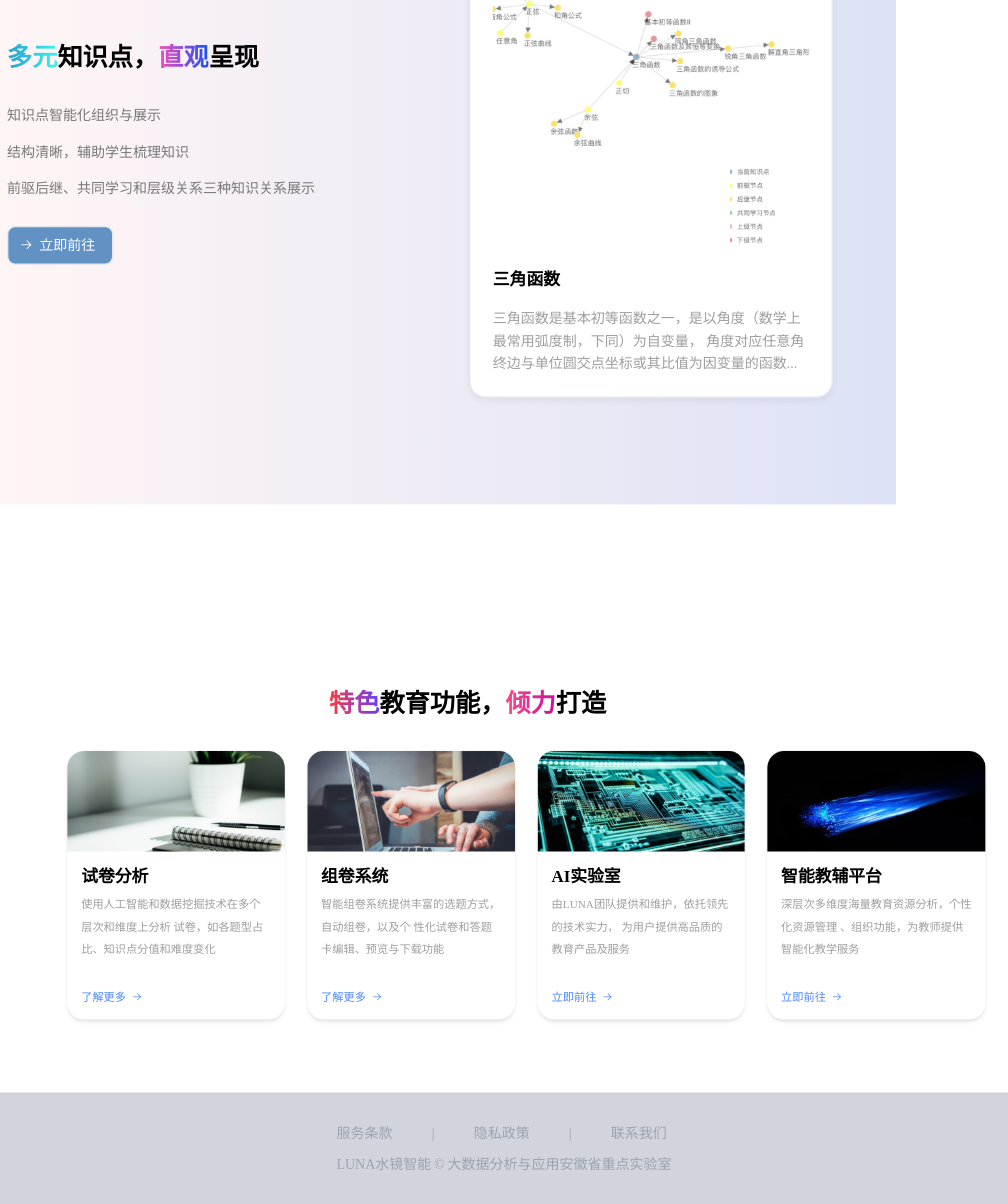
Repository: xydzy1/vue-start
Page: /
The author's editor kept a copy of each file at every save. The page is drawn from the files as they stood at one save, then again after the next save.
The browser window is 1280 px wide. The page is 1440 px wide, so the pictures cover 1440 px, including what lies to the right of the window. The pictures show the part of the page from y = 2632 to 4352 px (the page is 4352 px tall), at 70% of full size.
The project was rebuilt for these pictures with package versions that can differ from the ones it lists, and the page was loaded fresh each time. Also part of the build but not shown: vite.config.js, vue.config.cjs, src/assets/part1.css.

Above is the page before, as saved 2023-08-13 12:43:22.

### index.html
<!doctype html>
<html lang="en">
  <head>
    <meta charset="UTF-8" />
    <link rel="icon" type="image/svg+xml" href="/vite.svg" />
    <meta name="viewport" content="width=device-width, initial-scale=1.0" />
    <title>Vite App</title>
  </head>
  <body>
    <div id="app"></div>
    <script type="module" src="./src/main.js"></script>
  </body>
</html>

### src/main.js
// main.js
import Vue from "vue";
import VueRouter from 'vue-router'
import router from './router'
import App from "./App.vue"
import axios from 'axios'
import './style/tailwind.css'
import ElementUI from "element-ui"
import 'element-ui/lib/theme-chalk/index.css'
import './assets/part1.css'



Vue.use(ElementUI)
Vue.use(VueRouter);

new Vue({
   router,
   el: "#app",
   render: (h) => h(App)
}).$mount();

### src/router/index.js
import Vue from 'vue'
import VueRouter from 'vue-router'

Vue.use(VueRouter)

const routes=[
    {
        path: '/',
        redirect: 'new_homepage',
    },
    {
        path: '/new_homepage',
        name: 'new_homepage',
        component: () => import('../components/main.vue'),
    },
    {
        path: '/hello',
        name: 'hello',
        component: () => import('../components/hello.vue'),
    }
]

const router = new VueRouter({
    mode: 'history',
    routes
  })

export default router

### src/App.vue
<template>
	<div>
		<router-view/>
	</div>
</template>

<script>

</script>

### src/components/main.vue
<template>
	<body class="font-Sara items-center overflow-x-hidden">
		<part1/>
		<part2/>
		<part3/>
		<part4/>
	</body>
</template>

<style scoped>

</style>

<script>
	import part1 from './all_part/part1.vue'
	import part2 from './all_part/part2.vue'
	import part3 from './all_part/part3.vue'
	import part4 from './all_part/part4.vue'
	export default{
		data() {
			return {}
		},
		methods:{},
		created(){
		},
		components:{part1,part2,part3,part4},
	}
	//导航栏响应滚动变色
	window.onscroll=function(){
		var topScroll =window.pageYOffset;
		console.log(topScroll)
		var nav=document.getElementById("nav");
		if(topScroll>120){
			nav.style.backgroundColor = 'rgba(255,255,255,0.75)';
			nav.style.backdropFilter = 'blur(24px)';
		}
		else{
			nav.style.backgroundColor = '';
			nav.style.backdropFilter = '';
		}
	}

</script>

### src/components/all_part/part1.vue
<template>
    <div>
        <div class="w-full max-w-1280 p-10 md:p-5 absolute flex items-center justify-center h-p1_1_nh md:h-p1_1_wh bg-gradient-to-r from-p1_c3 from-0% via-p1_c2 via-45% to-p1_c1 to-100% bg-opacity-100">
			<div class="fixed flex flex-row top-0 w-full z-50 py-nav_py" id="nav">
				<span class="flex-none pl-14">
					<img src="../../image/logo.png" class="w-36 h-11" >
				</span>
				<span class="flex-1"></span>
				<span class="hidden flex-none md:flex flex-row flex-nowrap max-w-1280 mx-14 text-xl font-medium">
					<button class="pr-3 hover:text-blue-400">首页</button>
					<button class="pr-3 ml-6 hover:text-blue-400">功能</button>
					<button v-for="item in ['AI实验室','成员']" class="ml-6 pr-3 hover:text-blue-400">{{ item }}</button>
					<span class="ml-6 mt-2">|</span>
					<button class="ml-6 hover:text-blue-400 ">登录</button>
					<button class="border-login_cborder border-2 rounded-full pl-4 pr-4 ml-6 py-2 hover:text-blue-400 ">注册</button>
				</span>
				<span class="flex-1 md:hidden">
					<button class="hover:text-blue-400 text-4xl absolute right-4"><i class="el-icon-menu"></i></button>
				</span>
			</div>
			<div class="absolute flex flex-row max-w-1280 bottom-logo_bottom">
				<span class="flex-none">
					<img src="../../image/logo2.png" class="w-32 h-32">
				</span>
				<span class="mx-3 pt-5">
					<h1 class="text-5xl font-medium px-5 tracking-widest">LUNA</h1>
					<h2 class="text-2xl font-normal text-center max-w-760 mt-2 tracking-wider">智慧教育知识图谱</h2>
				</span>
			</div>
			<div class="absolute flex flex-row shadow-p1_shadow max-w-1280 border-2 rounded-full w-auto md:w-160 h-16 mx-15 md:mx-0 bg-white items-center bottom-0 -bottom-8 z-40">
				<i class="el-icon-search text-2xl ml-5 mr-3"></i>
				<div class="w-search_frame_narrow md:w-search_frame_wide">
					<input type="text" class="my-search_frame_my flex-none text-left text-4.5 font-medium w-search_frame_narrow md:w-search_frame_wide flex-none outline-none z-1" placeholder="在此输入知识点名称" v-model="serchinfo">
				</div>
				<button @click='hello' class="ml-4 shadow-p1_shadow2 transition duration-300 text-center rounded-full px-10 py-3 z-2 text-white text-xl font-normal bg-gradient-to-r from-p1_cbutton1 to-p1_cbutton2">
					搜索
				</button>
			</div>
		</div>
        <div class="w-full max-w-1280 absolute flex items-center justify-center h-p1_2_nh md:h-p1_2_wh mt-p1_1_nh md:mt-p1_1_wh">
			    <div class="absolute top-10">
				    <button @click="hello" class="transition duration-300 rounded-full pl-10 pr-10 pt-3 pb-3 bg-gradient-to-t from-p1_cbutton1 to-p1_cbutton2 text-white text-xl font-normal">
					    vue-router-api
				    </button>
			    </div>
			    <div class="flex-none absolute top-1/3 w-760 text-center text-5xl font-medium">
				    寓智于教，致知未来
			    </div>
			    <div class="flex-none absolute flex top-1/2 w-760 text-center text-xl font-normal">
					智慧教育知识图谱（LUNA）致力于为广大师生提供深层次、多维度的海量教育资源处理分析工具，与智能、个性化的教育资源组织、分析与评估服务
			    </div>
		</div>
    </div>
</template>


<style scoped>
	button{
		transition-duration: 300ms;
	}
	button:active{
		transform: scale(.95);
	}
	button:hover{
		filter: brightness(.9);
	}
</style>

<script>
    export default{
        name: 'part1',
        data() {
			return {
				serchinfo: '三角函数',
			}
		},
		methods:{
			hello() {
				this.$router.replace('/hello');
			},
		},
    }
</script>

### src/components/all_part/part2.vue
<template>
    <div class="absolute w-full max-w-1280 flex items-center justify-center h-1500 minw:h-1000 mt-p2_mt px-10 minw:px-20 py-50">
			<div class="flex flex-col-reverse minw:flex-row flex-none items-center justify-center">
				<div class="flex flex-col items-center justify-center minw:items-stretch mt-20 minw:mt-0">
					<div class="flex flex-row text-xl font-semibold ml-6">
						<div class="flex flex-col" id="b1">
							<button class="flex-none" @click="c1">试题资源</button>
							<p class="w-auto h-0.5 bg-black" id="l1"></p>
						</div>
						<p class="w-10"></p>
						<div class="flex flex-col" id="b2">
							<button class="flex-none" @click="c2">试卷资源</button>
							<p class="w-auto h-0.5 bg-black" id="l2"></p>
						</div>
						<p class="w-10"></p>
						<div class="flex flex-col" id="b3">
							<button class="flex-none" @click="c3">教材教辅</button>
							<p class="w-auto h-0.5 bg-black" id="l3"></p>
						</div>
					</div>
					<div class="flex items-center justify-center mt-8">
						<div class="flex-none">
							<img src="../../image/data.png" class="w-152.5 h-130">
						</div>
					</div>
				</div>
				<div class="flex flex-col mt-36 ml-15">
					<span class="w-125 text-4xl font-bold text-center minw:text-left">
						<span class="bg-gradient-to-r from-p2_cword1_1 to-p2_cword1_2 inline-block bg-clip-text text-transparent">海量</span>
						<span >教学资源，</span>
						<span class="bg-gradient-to-r from-p2_cword2_1 to-p2_cword2_2 inline-block bg-clip-text text-transparent">智能</span>
						<span>处理</span>
					</span>
					<ul class="w-125 text-xl font-normal text-p3_cword4 mt-10 text-center minw:text-left">
						<li>海量标准化、体系化的教学资源</li>
						<li class="pt-6">基于高效准确的试题相似度评估算法的高质量资源库</li>
						<li class="pt-6">智能与个性化的资源录入、查询和管理服务</li>
					</ul>
					<span class="flex flex-row w-125 text-xl text-white font-normal mt-10">
						<button class="bg-p2_cbutton2 pt-3 pb-3 pl-5 pr-5 mr-4  rounded-xl"><i class="el-icon-edit"></i> 试题录入</button>
						<button class="bg-p2_cbutton3 pt-3 pb-3 pl-5 pr-5 mr-4  rounded-xl"><i class="el-icon-search"></i> 试题检索</button>
						<button class="bg-p2_cbutton1 pt-3 pb-3 pl-5 pr-5  rounded-xl"><i class="el-icon-reading"></i> 智能分析</button>
					</span>
				</div>
			</div>
	</div>
</template>

<style>
	button{
		transition-duration: 300ms;
	}
	button:active{
		transform: scale(.95);
	}
	button:hover{
		filter: brightness(.9);
	}
</style>

<script>
    export default{
        name: 'part2',
		data(){
			return{

			}
		},
		methods:{
			c1(){
				var b1=document.getElementById('b1');
				var b2=document.getElementById('b2');
				var b3=document.getElementById('b3');
				var l1=document.getElementById('l1');
				var l2=document.getElementById('l2');
				var l3=document.getElementById('l3');
				b1.style.color='#000000';
				b2.style.color='#707070';
				b3.style.color='#707070';
				l1.style.display='';
				l2.style.display='none';
				l3.style.display='none';
			},
			c2(){
				var b1=document.getElementById('b1');
				var b2=document.getElementById('b2');
				var b3=document.getElementById('b3');
				var l1=document.getElementById('l1');
				var l2=document.getElementById('l2');
				var l3=document.getElementById('l3');
				b1.style.color='#707070';
				b2.style.color='#000000';
				b3.style.color='#707070';
				l1.style.display='none';
				l2.style.display='';
				l3.style.display='none';
			},
			c3(){
				var b1=document.getElementById('b1');
				var b2=document.getElementById('b2');
				var b3=document.getElementById('b3');
				var l1=document.getElementById('l1');
				var l2=document.getElementById('l2');
				var l3=document.getElementById('l3');
				b1.style.color='#707070';
				b2.style.color='#707070';
				b3.style.color='#000000';
				l1.style.display='none';
				l2.style.display='none';
				l3.style.display='';
			}
		},
		mounted(){
			this.c1();
		}
	}
</script>

### src/components/all_part/part3.vue
<template>
    <div class="items-center justify-center py-45 px-10 minw:px-20 absolute w-full max-w-1280 flex flex-col minw:flex-row h-1500 minw:h-1000 mt-p3_mt2 minw:mt-p3_mt1 bg-gradient-to-r from-p3_c1 to-p3_c2">
			<div class="flex-none">
				<div class="flex flex-col items-center minw:items-stretch">
					<span class="flex-none w-125 h-8 text-4xl font-bold text-center minw:text-left">
						<span class="bg-gradient-to-r from-p3_cword1_1 to-p3_cword1_2 inline-block bg-clip-text text-transparent">
							多元
						</span>
						<span>知识点，</span>
						<span class="bg-gradient-to-r from-p3_cword2_1 to-p3_cword2_2 inline-block bg-clip-text text-transparent">
							直观
						</span>
						<span>呈现</span>
					</span>
					<ul class="flex-none text-xl font-normal mt-14 text-p3_cword4 text-center minw:text-left">
						<li>知识点智能化组织与展示</li>
						<li class="pt-6">结构清晰，辅助学生梳理知识</li>
						<li class="pt-6">前驱后继、共同学习和层级关系三种知识关系展示</li>
					</ul>
					<span class="flex-none mt-10 text-white text-xl font-normal">
						<button class="bg-p3_cbutton pl-4 pr-6 pt-3 pb-3 border-2 rounded-xl"><i class="el-icon-right pr-2"></i>立即前往</button>
					</span>
				</div>
			</div>
			<div class="flex-none flex flex-col items-center justify-center px-0 minw:px-20 mt-20 minw:mt-11">
					<div class="w-130 minw:ml-20 h-auto px-8 flex flex-col flex-none border-2 rounded-3xl shadow-p3_shadow bg-white z-0">
						<span class="flex-none">
							<img src="../../image/triangle.png" class="w-114 h-80">
							<img src="../../image/triangle2.png" class="relative left-3/4 w-16 h-28">
						</span>
						<span class="pb-8 mt-8 flex flex-col flex-none">
							<span class="text-2xl font-bold">三角函数</span>
							<span class="text-xl font-normal text-p3_cword3 mt-6 leading-8">
								<p>三角函数是基本初等函数之一，是以角度（数学上最常用弧度制，下同）为自变量，
									角度对应任意角终边与单位圆交点坐标或其比值为因变量的函数...</p>
							</span>
						</span>
					</div>
			</div>
	</div>
</template>

<script>
    export default{
        name: 'part2'
    }
</script>

### src/components/all_part/part4.vue
<template>
    <div class="transition duration-200 ease-in-out w-full max-w-1280">
        <div class="py-66 px-20 absolute flex flex-col h-auto md:h-1160 mt-p4_mt2 minw:mt-p4_mt1 items-center justify-center">
			<div class="flex-none flex text-4xl ml-24 minw:ml-0 font-bold w-125 ">
				<span class="bg-gradient-to-r from-p4_cword1_1 to-p4_cword1_2 inline-block bg-clip-text text-transparent">
					特色
				</span>
				<span>教育功能，</span>
				<span class="bg-gradient-to-r from-p4_cword2_1 to-p4_cword2_2 inline-block bg-clip-text text-transparent">
					倾力
				</span>
				<span>打造</span>
			</div>
			<div class="flex flex-col minw:flex-row mt-12">
				<div class="flex-none flex flex-col md:flex-row max-w-full minw:max-w-2xl">
					<div class="relative transform hover:-translate-y-4 flex flex-col w-auto min-w-72 h-96 rounded-3xl shadow-md mx-4">
						<div class="w-auto min-w-72 h-36 overflow-hidden text-center">
							<img src="../../image/p4-1.png">
						</div>
						<span class="text-2xl font-bold mt-5 mx-5">试卷分析</span>
						<span class="text-p3_cword3 leading-8 mt-2 mx-5 font-normal">
							<p>使用人工智能和数据挖掘技术在多个层次和维度上分析
							试卷，如各题型占比、知识点分值和难度变化</p>
						</span>
						<span class="absolute bottom-5">
							<button class="text-p4_cbutton pl-5 pt-2">了解更多<i class="el-icon-right pl-2"></i></button>
						</span>
					</div>
					<div class="relative transform hover:-translate-y-4 flex flex-col w-auto min-w-72 h-96 rounded-3xl shadow-md mx-4 mt-16 md:mt-0">
						<div class="w-auto min-w-72 h-36 overflow-hidden">
							<img src="../../image/p4-2.png" class="w-auto min-w-72 h-auto min-h-36">
						</div>
						<span class="text-2xl font-bold mt-5 mx-5">组卷系统</span>
						<span class="text-p3_cword3 leading-8 mt-2 mx-5 font-normal">
							<p>智能组卷系统提供丰富的选题方式，自动组卷，以及个
								性化试卷和答题卡编辑、预览与下载功能</p>
						</span>
						<span class="absolute bottom-5">
							<button class="text-p4_cbutton pl-5 pt-2">了解更多<i class="el-icon-right pl-2"></i></button>
						</span>
					</div>
				</div>
				<div class="flex flex-none flex-col md:flex-row max-w-full minw:max-w-2xl">
					<div class="relative transform hover:-translate-y-4 flex flex-col w-auto min-w-72 h-96 rounded-3xl shadow-md mx-4 mt-16 minw:mt-0">
							<div class="w-auto min-w-72 h-36 overflow-hidden">
								<img src="../../image/p4-3.png"	class="w-auto min-w-72 h-auto min-h-36">
							</div>
							<span class="text-2xl font-bold mt-5 mx-5">AI实验室</span>
							<span class="text-p3_cword3 leading-8 mt-2 mx-5 font-normal">
								<p>由LUNA团队提供和维护，依托领先的技术实力，
									为用户提供高品质的教育产品及服务</p>
							</span>
							<span class="absolute bottom-5">
								<button class="text-p4_cbutton pl-5 pt-2">立即前往<i class="el-icon-right pl-2"></i></button>
							</span>
					</div>
					<div class="relative transform hover:-translate-y-4 flex flex-col w-auto min-w-72 h-96 rounded-3xl shadow-md mx-4 mt-16 minw:mt-0">
						<div class="w-auto min-w-72 h-36 overflow-hidden">
							<img src="../../image/p4-4.png" class="w-auto min-w-72 h-auto min-h-36">
						</div>
						<span class="text-2xl font-bold mt-5 mx-5">智能教辅平台</span>
						<span class="text-p3_cword3 leading-8 mt-2 mx-5 font-normal">
							<p>深层次多维度海量教育资源分析，个性化资源管理
								、组织功能，为教师提供智能化教学服务</p>
						</span>
						<span class="absolute bottom-5">
							<button class="text-p4_cbutton pl-5 pt-2">立即前往<i class="el-icon-right pl-2"></i></button>
						</span>
					</div>
				</div>
			</div>
			<div class="w-full max-w-1280 py-8 px-72 absolute bottom-0 left-0 flex h-40 bg-gray-300 items-center justify-center">
			<div class="flex-none flex flex-col">
				<span class="flex flex-row text-gray-400 text-xl font-normal">
					<span>服务条款</span>
					<span class="ml-14">|</span>
					<span class="ml-14">隐私政策</span>
					<span class="ml-14">|</span>
					<span class="ml-14">联系我们</span>
				</span>
				<span class="flex flex-row text-gray-400 text-xl font-normal pt-4">
					<span>LUNA水镜智能</span>
					<span class="ml-1">©</span>
					<span class="ml-1">大数据分析与应用安徽省重点实验室</span>
				</span>
			</div>
			</div>
		</div>
    </div>
</template>

<style>
	img{
		object-fit: cover;
	}
</style>

<script>
    export default{
        name: 'part2'
    }
</script>

### tailwind.config.cjs
module.exports = {
  purge: ['./index.html', './src/**/*.{vue,js,ts,jsx,tsx}'],
  darkMode: false, // or 'media' or 'class'
  theme: {
    extend: {
      colors: {
        //background color
        p1_c1: '#ABC5F3',
        p1_c2: '#C2DEF4',
        p1_c3: '#D5F2F4',
        p3_c1: '#FFF5F5',
        p3_c2: '#DDE2F6',
        //button color
        login_cborder: '#313131',
        p1_cbutton1: '#7BAFEE',
        p1_cbutton2: '#7786EB',
        p2_cbutton1: '#766AD4',
        p2_cbutton2: '#D46A6A',
        p2_cbutton3: '#6A91D4',
        p3_cbutton: '#6291C4',
        p4_cbutton: '#4E89FF',
        //text color
        p2_cword1_1: '#FF4848',
        p2_cword1_2: '#F0BC2D',
        p2_cword2_1: '#4CC1F7',
        p2_cword2_2: '#1A52EE',
        p2_cword3: '#707070',
        p3_cword1_1: '#23A1CB',
        p3_cword1_2: '#3AF4EB',
        p3_cword2_1: '#F74CBE',
        p3_cword2_2: '#1A52EE',
        p3_cword3: '#9E9E9E',
        p3_cword4: '#787878',
        p4_cword1_1: '#FF3C3C',
        p4_cword1_2: '#663CFF',
        p4_cword2_1: '#F74C88',
        p4_cword2_2: '#CA0F9E',
      },
      container: {
        center: true,
        padding: '10px',
      },
      boxShadow: {
        'p1_shadow': '0px 6px 32px 0px rgba(0, 0, 0, 0.12)',
        'p1_shadow2': '1px 2px 6px 0px rgba(0, 0, 0, 0.08)',
        'p3_shadow': '0px 4px 12px 0px rgba(0, 0, 0, 0.06)',
      },
      spacing:{
        '11': '44px',
        '15': '60px',
        'nav_py': '17.5px',
        'search_frame_my': '19px',
        '4.5': '22px',
        '25': '100px',
        '41.5': '166px',
        '45': '180px',
        '50': '200px',
        'logo_bottom': '202px',
        '66': '264px',
        'search_frame_narrow' : '320px',
        'search_frame_wide': '440px',
        '114': '456px',
        '125': '500px',
        '130': '520px',
        '140': '560px',
        '152.5': '610px',
        'p1_1_wh': '620px',
        'p1_1_nh': '660px',
        'p1_2_wh' : '632px',
        'p1_2_nh' : '592px',
        '160': '640px',
        '760': '760px',
        '1000': '1000px',
        'p4_h': '1160px',
        '1280': '1280px',
        '1500': '1500px',
        'p2_mt': '1252px',
        'p3_mt1': '2352px',
        'p3_mt2': '2852px',
        'p4_mt1': '3352px',
        'p4_mt2': '4352px',
        'p4_mt3': '5352px',
        '3/5': '60%',
        '1/7': '14.2857143%',
        '1/8': '12.5%',
      },
      letterSpacing: {
        'widest': '.24em',
      },
      flexBasis: {
        '1/7': '14.2857143%',
        '2/7': '28.5714286%',
        '4/7': '57.1428571%',
      },
      fontFamily: {
        'Sara': ['Sarasa Gothic SC'],
      },
      fontSize: {
        '4.5': ['18px', '26px'],
      },
      lineHeight: {
        '12': '3rem',
      },
      screens: {
        'minw': '1200px',
      },
      minWidth:{
        '36': '144px',
        '72': '288px'
      },
      maxWidth:{
        /* 启用最大宽度1280
        '1280': '1280px'
        */
      }
    },
  },
  variants: {
    extend: {},
  },
  plugins: [],
}

Loaded but not shown: src/style/tailwind.css (common file)

After the next save:
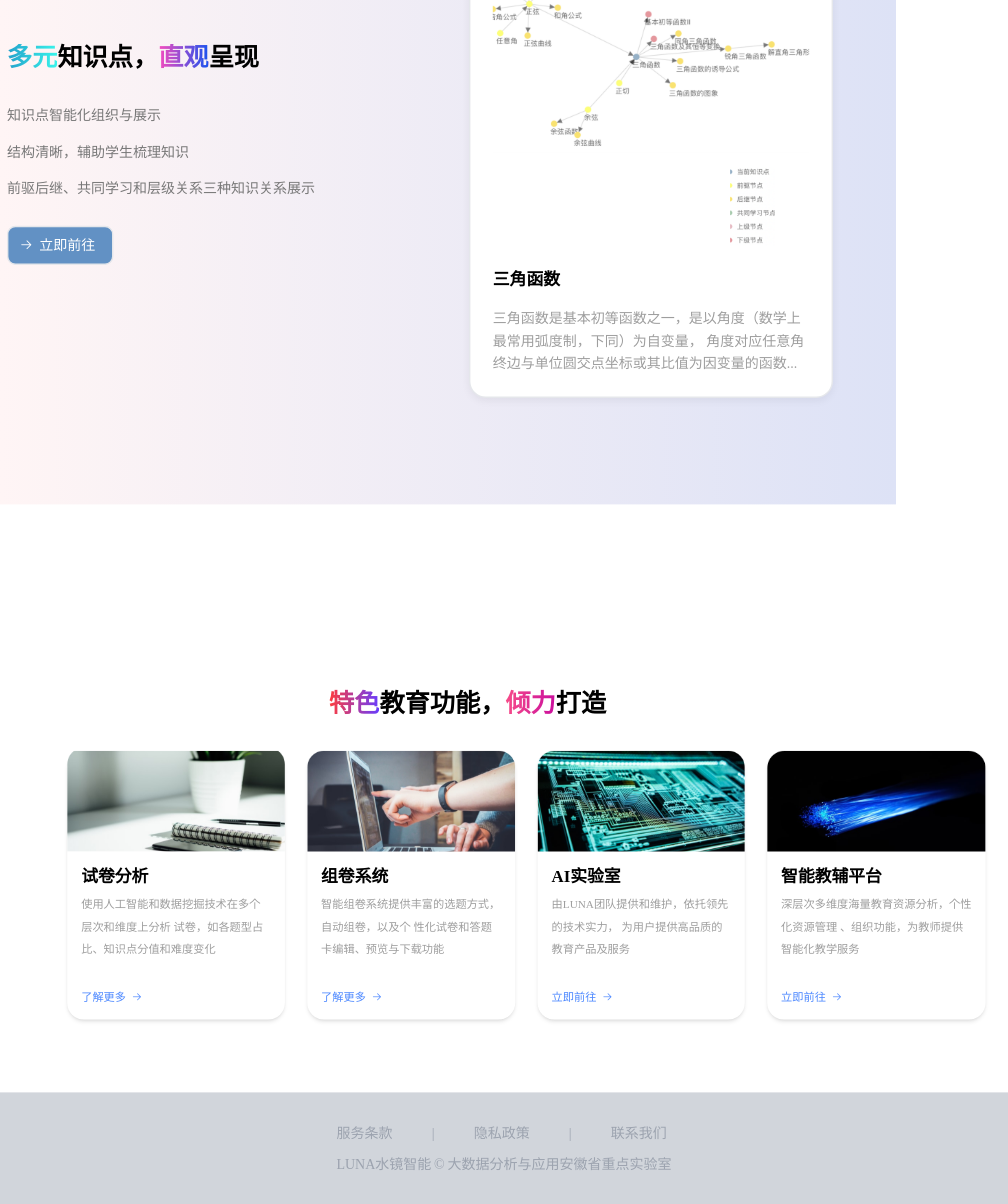
Saved 33 s later.
--- a/src/components/all_part/part4.vue
+++ b/src/components/all_part/part4.vue
@@ -15,7 +15,7 @@
 				<div class="flex-none flex flex-col md:flex-row max-w-full minw:max-w-2xl">
 					<div class="relative transform hover:-translate-y-4 flex flex-col w-auto min-w-72 h-96 rounded-3xl shadow-md mx-4">
 						<div class="w-auto min-w-72 h-36 overflow-hidden text-center">
-							<img src="../../image/p4-1.png">
+							<img src="../../image/p4-1.png" class="w-full h-full">
 						</div>
 						<span class="text-2xl font-bold mt-5 mx-5">试卷分析</span>
 						<span class="text-p3_cword3 leading-8 mt-2 mx-5 font-normal">
